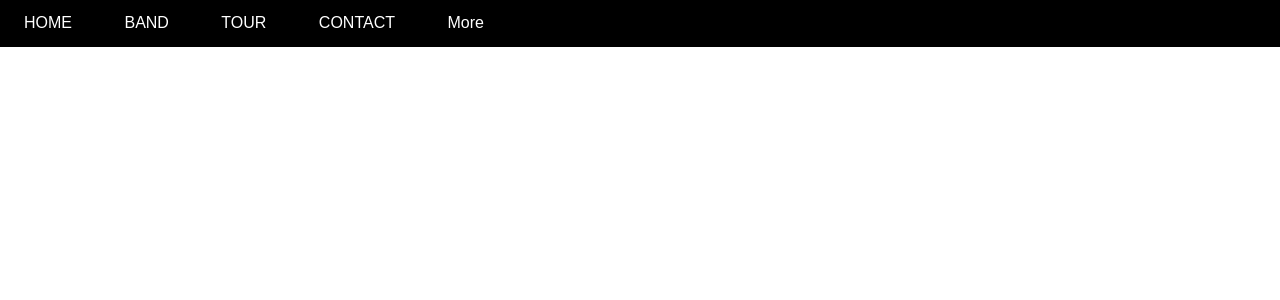
Repository: thanhsonnguyen-gif/f8-learn
Page: index.html
The author's editor kept a copy of each file at every save. The page is drawn from the files as they stood at one save, then again after the next save.
The browser window is 1280 px wide. The pictures show the whole page.
The pointer rests on the first visible `#nav li`.

Above is the page before, as saved 2022-06-23 09:54:35.

### index.html
<!DOCTYPE html>
<html lang="en">
<head>
    <meta charset="UTF-8">
    <meta http-equiv="X-UA-Compatible" content="IE=edge">
    <meta name="viewport" content="width=device-width, initial-scale=1.0">
    <title>Document</title>
    <link rel="stylesheet" href="./assets/css/style.css">
</head>
<body>
    <div id="main">
        <div id="header">
            <ul id="nav">
                <li><a href="">HOME</a></li>
                <li><a href="">BAND</a></li>
                <li><a href="">TOUR</a></li>
                <li><a href="">CONTACT</a></li>
                <li>
                    <a href="#">More</a>
                    <ul class="subnav">
                        <li><a href="">Merchandise</a></li>
                        <li><a href="">Extras</a></li>
                        <li><a href="">Media</a></li>
                    </ul>
                </li>
            </ul>
        </div>
        <div id="slide">

        </div>
        <div id="content">

        </div>
        <div id="footer">

        </div>
    </div>
</body>
</html>

### assets/css/style.css
*{
    padding: 0;
    margin: 0;
    box-sizing: border-box;
}

#main {

}

html{
    font-family: Arial, Helvetica, sans-serif;
}

#header {
background-color: #000;
height: 46.5px;
color: #fff;
}

#nav li {
    display: inline-block;
}

#nav li a {
    line-height: 46.5px;
    padding: 24px;
    text-decoration: none;
    color: #fff;
}

#nav .subnav {
    display: none;
}

#slide {

}

#content {

}

#footer {

}

After the next save:
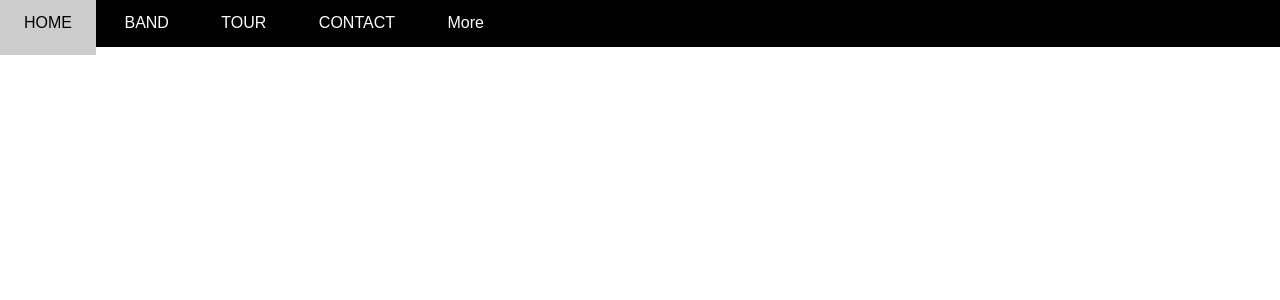
Saved 4 min 5 s later.
--- a/assets/css/style.css
+++ b/assets/css/style.css
@@ -29,6 +29,11 @@ color: #fff;
     color: #fff;
 }
 
+#nav li:hover a {
+    background-color: #ccc;
+    color: #000;
+}
+
 #nav .subnav {
     display: none;
 }
